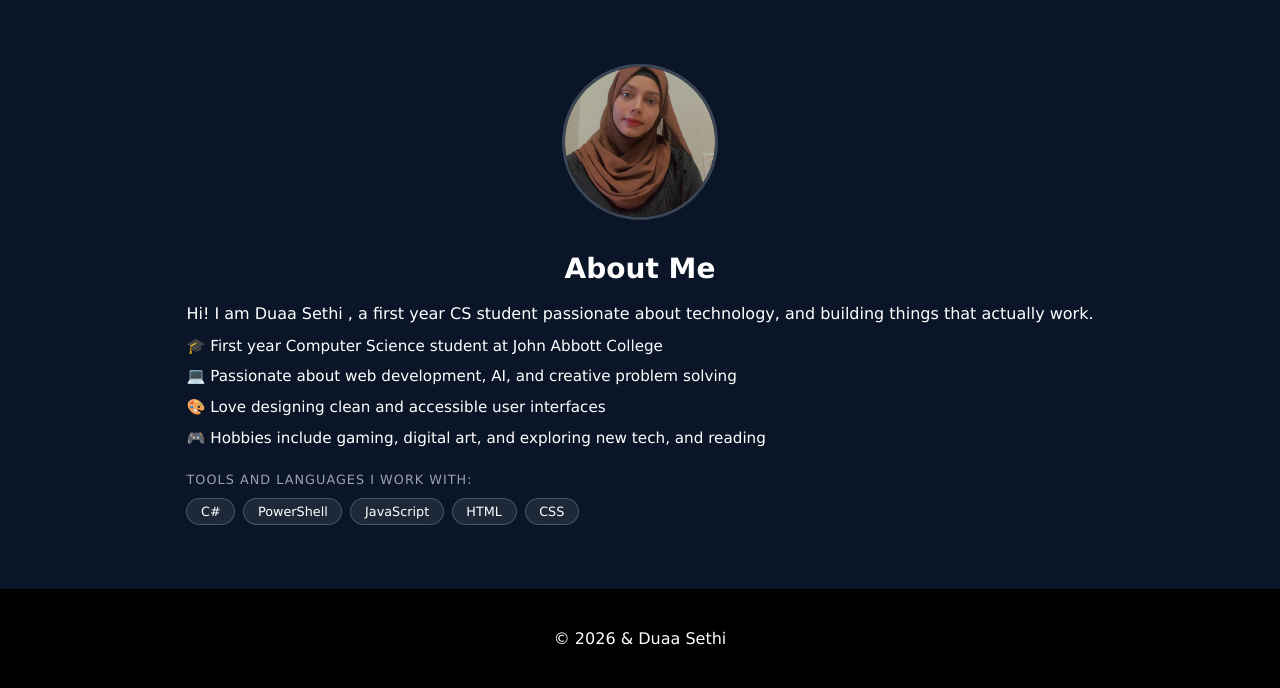
Repository: Duaa-Sethi/Duaa-Sethi
Page: index.html
These files come from the project's save history. The page is drawn as it stood at one moment and after the next save; the edit follows.
The browser window is 1280 px wide. The pictures show the part of the page from y = 835 to 1572 px (the page is 1523 px tall before and 1572 px after).
Some web fonts or font styles are not loaded; a fallback is used.

Above is the page before, as saved 2026-05-02 15:06:26.

After the next save:
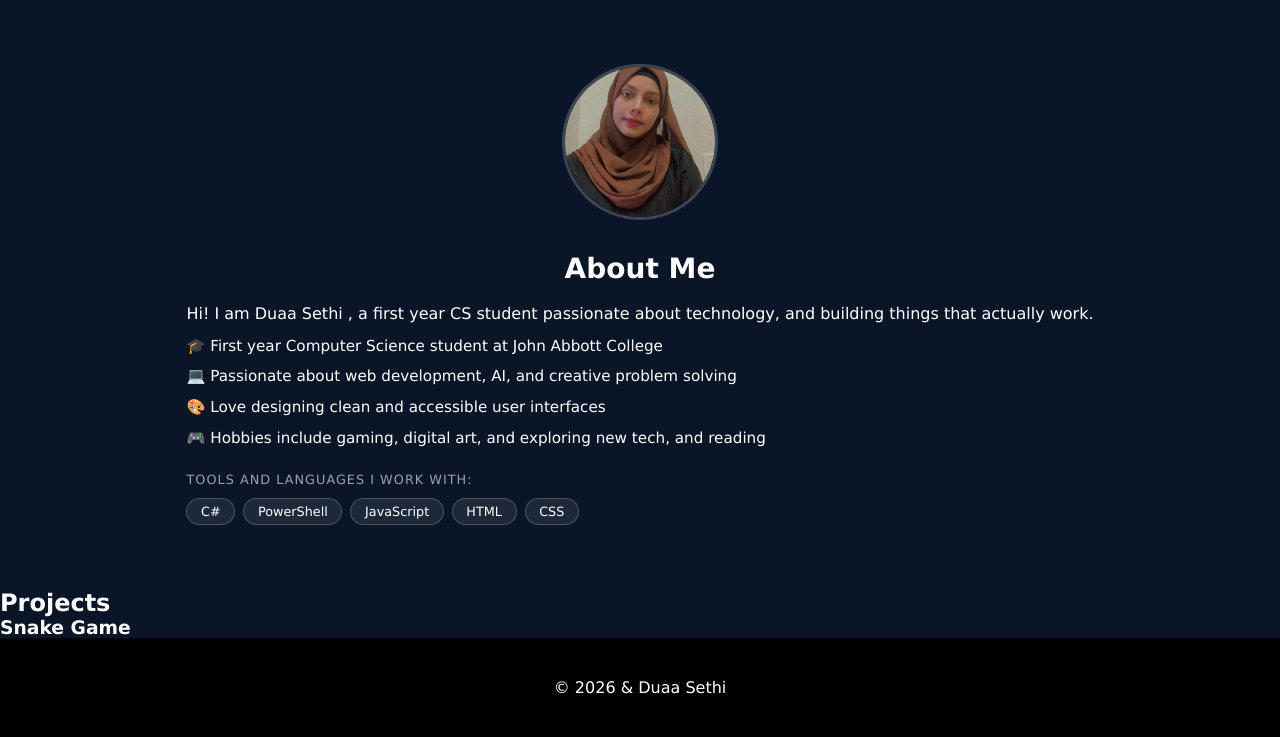
Saved 2 min 2 s later.
--- a/index.html
+++ b/index.html
@@ -60,6 +60,17 @@
       </div>
     </section>
 
+    <!-- PROJECTS -->
+    <section class="projects" id="projects">
+      <h2>Projects</h2>
+      <div class="cards">
+        <article class="card">
+          <h3>Snake Game</h3>
+
+
+
+
+
     <footer>
       <p>© 2026 & Duaa Sethi</p>
     </footer>
